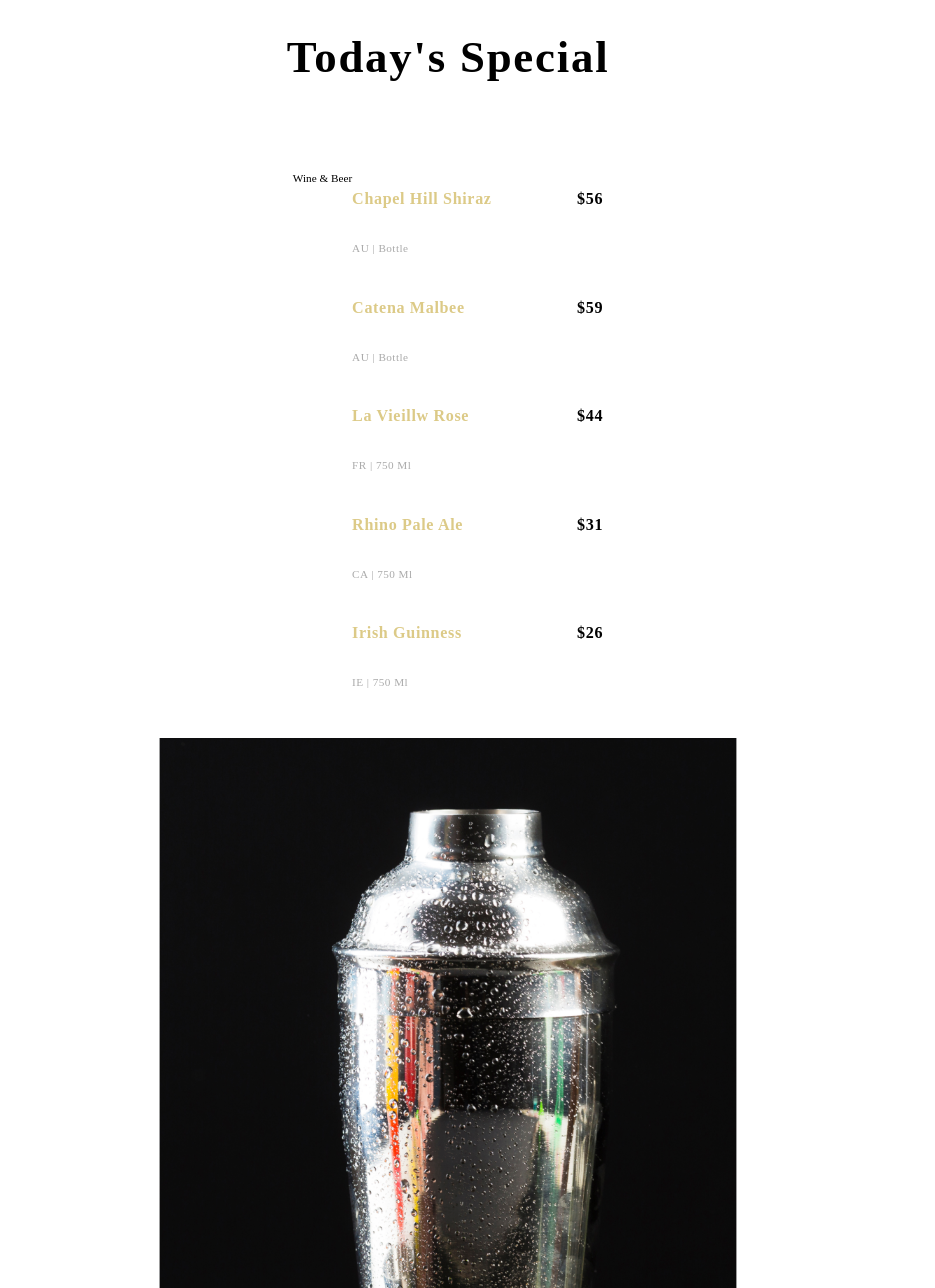
Repository: remydev47/restaurant
Page: /
The author's editor kept a copy of each file at every save. The page is drawn from the files as they stood at one save, then again after the next save.
The browser window is 1280 px wide. The page is 1336 px wide, so the pictures cover 1336 px, including what lies to the right of the window. The pictures show the part of the page from y = 2548 to 4388 px (the page is 6020 px tall), at 70% of full size.
Backgrounds fixed to the window are drawn as part of the page. The project was rebuilt for these pictures with package versions that can differ from the ones it lists, and the page was loaded fresh each time. Also part of the build but not shown: src/container/Chef/Chef.css, src/components/Footer/Newsletter.jsx, src/components/Footer/FooterOverlay.jsx. Imported but missing from the stored project, and not drawn on this page: src/assets/meal.mp4.

Above is the page before, as saved 2022-03-16 17:08:56.

### public/index.html
<!DOCTYPE html>
<html lang="en">
  <head>
    <meta charset="utf-8" />
    <link rel="icon" href="%PUBLIC_URL%/favicon.ico" />
    <meta name="viewport" content="width=device-width, initial-scale=1" />
    <meta name="theme-color" content="#000000" />
    <meta name="description"content="Web site created using create-react-app"/>
    <link rel="apple-touch-icon" href="%PUBLIC_URL%/logo192.png" />
    <link rel="manifest" href="%PUBLIC_URL%/manifest.json" />
    <title>Gerich Resturant</title>
  </head>
  <body>
    <noscript>You need to enable JavaScript to run this app.</noscript>
    <div id="root"></div>
</html>

### src/App.js
import React from 'react';

import { AboutUs, Chef, FindUs, Footer, Gallery, Header, Intro, Laurels, SpecialMenu } from './container';
import { Navbar } from './components';
import './App.css';

const App = () => (
  <div>
    <Navbar />
    <Header />
    <AboutUs />
    <SpecialMenu />
    <Chef />
    <Intro />
    <Laurels />
    <Gallery />
    <FindUs />
    <Footer />
  </div>
);

export default App;

### src/container/AboutUs/AboutUs.jsx
import React from 'react';

import './AboutUs.css';
import { images } from '../../constants';

const AboutUs = () => (
  <div className="app__aboutus app__bg flex__center section__padding" id="aboutus">
    <div className='app__aboutus-overlay flex__center'>
      <img src={images.G} alt="g letter" />
    </div>
    <div className='app__aboutus-content flex__center'>
      <div className='app__aboutus-content_about'>
        <h1 className='headtext__cormorant'>About Us</h1>
        <img src={images.spoon} alt="about_spoon" className="spoon__img" />
        <p className="p__opensans">
          Eager to serve you, our experienced wait staff greet you at the door and lead you to the table of your choice in the well thought out seating arrangement. The rich aroma of freshly ground coffee is the handiwork of our skilled baristas, adept in latte art.
        </p>
        <button type="button" className="custom__button">Know More</button>
      </div>
      <div className="app__aboutus-content_knife flex__center">
        <img src={images.knife} alt="about_knife" />
      </div>
      <div className='app__aboutus-content_history'>
        <h1 className='headtext__cormorant'>Our History</h1>
        <img src={images.spoon} alt="about_spoon" className="spoon__img" />
        <p className="p__opensans">
        Welcome to Giretch, a fully fledged restaurant specializing in delivering a relaxed and memorable dining experience. We’re currently in 12 locations; 4 in Nairobi, 8 in Kampala and 1 in Entebbe
        </p>
        <button type="button" className="custom__button">Know More</button>
      </div>
    </div>
  </div>
);

export default AboutUs;

### src/container/Header/Header.jsx
import React from 'react';
import { SubHeading } from '../../components';

import { images } from "../../constants"
import './Header.css';

const Header = () => (
  <div className="app__header app__wrapper section__padding" id="home">
    <div className="app__wrapper_info">
      <SubHeading title="Chase The New Flavour" />
      <h1 className="app__header-h1">The Key To Fine Dining</h1>
      <p className="p__opensans" style={{margin: '2rem 0'}}>
          Geritch is a perfect haven for both business and leisure travellers. It all begins with our friendly staff, who will do everything they can to make your meal fulfiling and enjoyable. The team at Geritch kitchen looks forward to welcoming you in one of our luxury restaurant where you will experience comfort and convenience in this beautiful city of Nairobi.
      </p>
      <button type="button" className="custom__button">Explore Menu</button>
    </div>
    <div className="app__wrapper_img">
      <img src={images.welcome} alt="header img" />
    </div>
  </div>
);

export default Header;

### src/container/Menu/SpecialMenu.jsx
import React from 'react';

import { SubHeading, MenuItem } from '../../components';
import { images, data } from '../../constants';
import './SpecialMenu.css';

const SpecialMenu = () => (
  <div className="app__specialMenu flex__center section__padding">
    <div className='app__specialMenu-title'>
      <SubHeading title="Menu Thats Fits Your Pallate" />
      <h1 className="headtext__cormorant">Today's Special</h1>
    </div>

    <div className='app__specialMenu-menu'>
      <div className='app__specialMenu-menu_wine flex__center'>
        <p className='app__specialMenu-menu_heading'>Wine & Beer</p>
      </div>
      <div className='app__specialMenu_menu_items'>
        {data.wines.map((wine, index) => (
         <MenuItem key={wine.title + index} title={wine.title} price={wine.price} tags={wine.tags} />
        ))}
      </div>
    </div>

    <div className="app__specialMenu-menu_img">
      <img src={images.menu} alt="menu img"  />
    </div>

    <div className='app__specialMenu-menu'>
      <div className='app__specialMenu-menu_cocktails flex__center'>
        <p className='app__specialMenu-menu_heading'>Cocktails</p>
      </div>
      <div className='app__specialMenu_menu_items'>
        {data.cocktails.map((cocktail, index) => (
          <MenuItem key={cocktail.title + index} title={cocktail.title} price={cocktail.price} tags={cocktail.tags} />
        ))}
      </div>
    </div>
    <div style={{marginTop: '15px'}}>
      <button  type="button" className="custom__button">View More</button>
    </div>
  </div>
);

export default SpecialMenu;

### src/components/SubHeading/SubHeading.jsx
import React from 'react';
import { images } from '../../constants';


const SubHeading = ({ title }) => (
  <div style={{ marginBottom: "1rem"}}>
    <p className='p__cormorant'>{title}</p>
    <img src={images.spoon} alt="spoon" className="spoon__img" />
  </div>
);

export default SubHeading;

### src/components/Menuitem/MenuItem.jsx
import React from 'react';

import './MenuItem.css';

const MenuItem = ({ title, price, tags }) => (
  <div className="app__menuitem">
    <div className="app__menuitem-head">
      <div className="app__menuitem-name">
        <p className="p__cormorant" style={{ color: '#DCCA87'}}>{title}</p>
      </div>

      <div className="app__menuitem-dash" />

      <div className="app__menuitem-price">
        <p className="p__cormorant">{price}</p>
      </div>
    </div>
    <div className="app__menuitem-sub">
      <p className="p__opensans" style={{ color: '#AAA'}}>{tags}</p>
    </div>
  </div>
);

export default MenuItem;

### src/components/Navbar/Navbar.jsx
import React, {useState} from 'react';
import { GiHamburgerMenu } from 'react-icons/gi';
import { MdOutlineRestaurantMenu } from 'react-icons/md';

import images from '../../constants/images';
import './Navbar.css';

const Navbar = () => {
  const [toggleMenu, setToggleMenu] = useState(false)
  return(
  <nav className="app__navbar">
    <div className="app__navbar-logo">
     <img src={images.gericht} alt="app logo"/>
    </div>
    <ul className="app__navbar-links">
      <li className="p__opensans"><a href="#home">Home</a></li>
      <li className="p__opensans"><a href="#about">About</a></li>
      <li className="p__opensans"><a href="#menu">Menu</a></li>
      <li className="p__opensans"><a href="#awards">Awards</a></li>
      <li className="p__opensans"><a href="#contact">Contact</a></li>
    </ul>
    <div className="app__navbar-login">
      <a href="#login" className="p__opensans">Log in/ Register</a>
    <div/>
      <a href="/" className="p__opensans">Book Table</a>
    </div>
    <div className="app__navbar-smallscreen">
      <GiHamburgerMenu color="#fff" fontsize={27} onClick={() => setToggleMenu(true)} />

      {toggleMenu && (


      <div className="app__navbar-smallscreen_overlay flex__center slide-bottom">
        <MdOutlineRestaurantMenu fontSize={27} className="overlay__close" onClick={() => setToggleMenu(false)} />
        <ul className="app__navbar-smallscreen_links">
          <li className="p__opensans"><a href="#home">Home</a></li>
          <li className="p__opensans"><a href="#about">About</a></li>
          <li className="p__opensans"><a href="#menu">Menu</a></li>
          <li className="p__opensans"><a href="#awards">Awards</a></li>
          <li className="p__opensans"><a href="#contact">Contact</a></li>
       </ul>
      </div>
       )}
    </div>
  </nav>
  );
};

export default Navbar;

### src/container/AboutUs/AboutUs.css
.app__aboutus {
    position: relative;
}

.app__aboutus-overlay {
    position: absolute;
    inset: 0;
}

.app__aboutus-overlay img {
    width: 391px;
    height: 415px;
    z-index: 0;
}

.app__aboutus-content {
    width: 100%;
    z-index: 2;
}

.app__aboutus-content_about {
    flex: 1;
    display: flex;
    justify-content: flex-end;
    align-items: flex-end;
    flex-direction: column;

    text-align: right;
}

.app__aboutus-content_knife {
    margin: 2rem 4rem;
}

.app__aboutus-content_knife img{
    height: 910px;
}

.app__aboutus-content_history {
    flex: 1;
    display: flex;
    justify-content: flex-start;
    align-items: flex-start;
    flex-direction: column;

    text-align: left;
}

.app__aboutus-content_history p,
.app__aboutus-content_about p {
    margin: 2rem 0;
    color: var(--color-grey);
}

@media screen and (max-width: 2000px) {
    .app__aboutus-content_knife img{
        height: 1110px;
    }
}

.app__aboutus-content_history p,
.app__aboutus-content_about p {
    margin: 4rem 0;
    color: var(--color-grey);
}

@media screen and (max-width: 900px) {
    .app__aboutus-content {
        flex-direction: column;
    }

    .app__aboutus-content_knife {
        margin: 4rem 0;
    }
}

@media screen and (max-width: 650px) {
    .app__aboutus-overlay img {
        width: 80%;
        height: 320px;
    }
}

### src/container/Header/Header.css
.app__header {
    background-color: var(--color-black);
}

.app__header-h1 {
    font-family: var(--font-base);
    color: var(--color-golden);
    letter-spacing: 0.04rem;
    text-transform: uppercase;
    line-height: 117px;
    font-size: 90px;
}

.app__header-img {
    width: 100%;
}

### src/container/Menu/SpecialMenu.css
.app__specialMenu {
    flex-direction: column;
    background-color: var(--color-black);
}

.app__specialMenu-title {
    margin-bottom: 2rem;
    text-align: center;
}

.app__specialMenu-menu {
    width: 100%;

    margin: 2rem 0;
    display: flex;
    justify-content: center;
    align-items: flex-start;
    flex-direction: row;
}

### src/components/Menuitem/MenuItem.css
.app__menuitem {
    width: 100%;
    margin: 1rem 0;

    display: flex;
    flex-direction: column;
}

.app__menuitem-head {
    display: flex;
    justify-content: space-between;
    align-items: center;
}

.app__menuitem-sub {
    width: 100%;
    margin-top: 0.2rem;
}

.app__menuitem-name{
    flex: 1;
}

.app__menuitem-dash {
    width: 90px;
    height: 1px;

    background: var(--color-golden);
    margin: 0 1rem;
}

.app__menuitem-price {
    display: flex;
    justify-content: flex-end;
    align-items: flex-end;
}

### src/constants/images.js
import bg from '../assets/bg.png';
import chef from '../assets/chef.png';
import G from '../assets/G.png';
import gallery01 from '../assets/gallery01.png';
import gallery02 from '../assets/gallery02.png';
import gallery03 from '../assets/gallery03.png';
import gallery04 from '../assets/gallery04.png';
import knife from '../assets/knife.png';
import logo from '../assets/logo.png';
import menu from '../assets/menu.png';
import overlaybg from '../assets/overlaybg.png';
import spoon from '../assets/spoon.svg';
import welcome from '../assets/welcome.png';
import findus from '../assets/findus.png';
import laurels from '../assets/laurels.png';
import award01 from '../assets/award01.png';
import award02 from '../assets/award02.png';
import award03 from '../assets/award03.png';
import award05 from '../assets/award05.png';
import sign from '../assets/sign.png';
import quote from '../assets/quote.png';
import gericht from '../assets/gericht.png';

export default {
  bg,
  chef,
  G,
  gallery01,
  gallery02,
  gallery03,
  gallery04,
  knife,
  logo,
  menu,
  overlaybg,
  spoon,
  welcome,
  findus,
  laurels,
  award01,
  award02,
  award03,
  award05,
  sign,
  quote,
  gericht,
};

### src/components/Navbar/Navbar.css
.app__navbar {
   width: 100%;
   display: flex;
   justify-content: space-between;
   align-items: center;
   background: var(--color-black);
   padding: 1rem 2rem;
}

.app__navbar-logo{
    display: flex;
    justify-content: flex-start;
    align-items: center;
}

.app__navbar-logo img{
    width: 150px;
}

.app__navbar-links {
    flex: 1;
    display: flex;
    justify-content: center;
    align-items: center;

    list-style: none;
}

.app__navbar-links li{
    margin: 0 1rem;
    cursor: pointer;
}

.app__navbar-links li:hover {
   color: var(--color-grey);
}

.app__navbar-login {
    display: flex;
    justify-content: flex-end;
    align-items: center;
}
.app__navbar-login a {
    margin: o 1rem;
    text-decoration: none;
    transition: 0.5s  ease;
}

.app__navbar-login a:hover{
    border-bottom: 1px solid var(--color-golden);
}

.app__navbar-login div{
    width: 1px;
    height: 30px;
    background-color: var(--color-grey);
}

.app__navbar-smallscreen{
    display: none;
}

.app__navbar-smallscreen_overlay {
    position: fixed;
    top: 0;
    left: 0;
    width: 100%;
    height: 100vh;
    background-color: var(--color-black);
    transition: 0.5s ease;

    flex-direction: column;
    z-index: 5;
}

.app__navbar-smallscreen_overlay .overlay__close{
    font-size: 27px;
    color: var(--color-golden);
    cursor: pointer;

    position: absolute;
    top: 20px;
    right: 20px;
}

.app__navbar-smallscreen_links{
    list-style: none;
}

.app__navbar-smallscreen_links li {
   margin: 2rem;
   cursor: pointer;
   color: var(--color-golden);
   font-size: 2rem;
   text-align: center;
   font-family: var(--font-base);
}

.app__navbar-smallscreen_links li:hover {
    color: var(--color-white);
}

@media screen and (max-width: 2000px) {
    .app__navbar-logo img{
        width: 210px;
    }
}

@media screen and (max-width: 1150px) {
    .app__navbar-links {
        display: none;
    }

    .app__navbar-smallscreen {
        display: flex;
    }
}

@media screen and (max-width: 650px) {
    .app__navbar {
        padding: 1rem;
    }
    .app__navbar-login {
        display: none;
    }

    .app__navbar-logo img{
        width: 110px;
    }
}

### src/constants/data.js
import images from './images';

const wines = [
  {
    title: 'Chapel Hill Shiraz',
    price: '$56',
    tags: 'AU | Bottle',
  },
  {
    title: 'Catena Malbee',
    price: '$59',
    tags: 'AU | Bottle',
  },
  {
    title: 'La Vieillw Rose',
    price: '$44',
    tags: 'FR | 750 ml',
  },
  {
    title: 'Rhino Pale Ale',
    price: '$31',
    tags: 'CA | 750 ml',
  },
  {
    title: 'Irish Guinness',
    price: '$26',
    tags: 'IE | 750 ml',
  },
];

const cocktails = [
  {
    title: 'Aperol Sprtiz',
    price: '$20',
    tags: 'Aperol | Villa Marchesi prosecco | soda | 30 ml',
  },
  {
    title: "Dark 'N' Stormy",
    price: '$16',
    tags: 'Dark rum | Ginger beer | Slice of lime',
  },
  {
    title: 'Daiquiri',
    price: '$10',
    tags: 'Rum | Citrus juice | Sugar',
  },
  {
    title: 'Old Fashioned',
    price: '$31',
    tags: 'Bourbon | Brown sugar | Angostura Bitters',
  },
  {
    title: 'Negroni',
    price: '$26',
    tags: 'Gin | Sweet Vermouth | Campari | Orange garnish',
  },
];

const awards = [
  {
    imgUrl: images.award02,
    title: 'Bib Gourmond',
    subtitle: 'Lorem ipsum dolor sit amet, consectetur.',
  },
  {
    imgUrl: images.award01,
    title: 'Rising Star',
    subtitle: 'Lorem ipsum dolor sit amet, consectetur.',
  },
  {
    imgUrl: images.award05,
    title: 'AA Hospitality',
    subtitle: 'Lorem ipsum dolor sit amet, consectetur.',
  },
  {
    imgUrl: images.award03,
    title: 'Outstanding Chef',
    subtitle: 'Lorem ipsum dolor sit amet, consectetur.',
  },
];

export default { wines, cocktails, awards };

Loaded but not shown: src/index.js (common file); src/container/index.js (common file); src/components/index.js (common file); src/App.css (common file); src/container/Chef/Chef.jsx (common file); src/container/Findus/FindUs.jsx (common file); src/container/Footer/Footer.jsx (common file); src/container/Gallery/Gallery.jsx (common file); src/container/Intro/Intro.jsx (common file); src/container/Laurels/Laurels.jsx (common file); src/constants/index.js (common file); src/components/Footer/FooterOverlay.css (no stored copy; drawn as an empty file); src/components/Footer/Newsletter.css (no stored copy; drawn as an empty file); src/container/Footer/Footer.css (no stored copy; drawn as an empty file); src/container/Gallery/Gallery.css (no stored copy; drawn as an empty file); src/container/Intro/Intro.css (no stored copy; drawn as an empty file); src/container/Laurels/Laurels.css (no stored copy; drawn as an empty file)

After the next save:
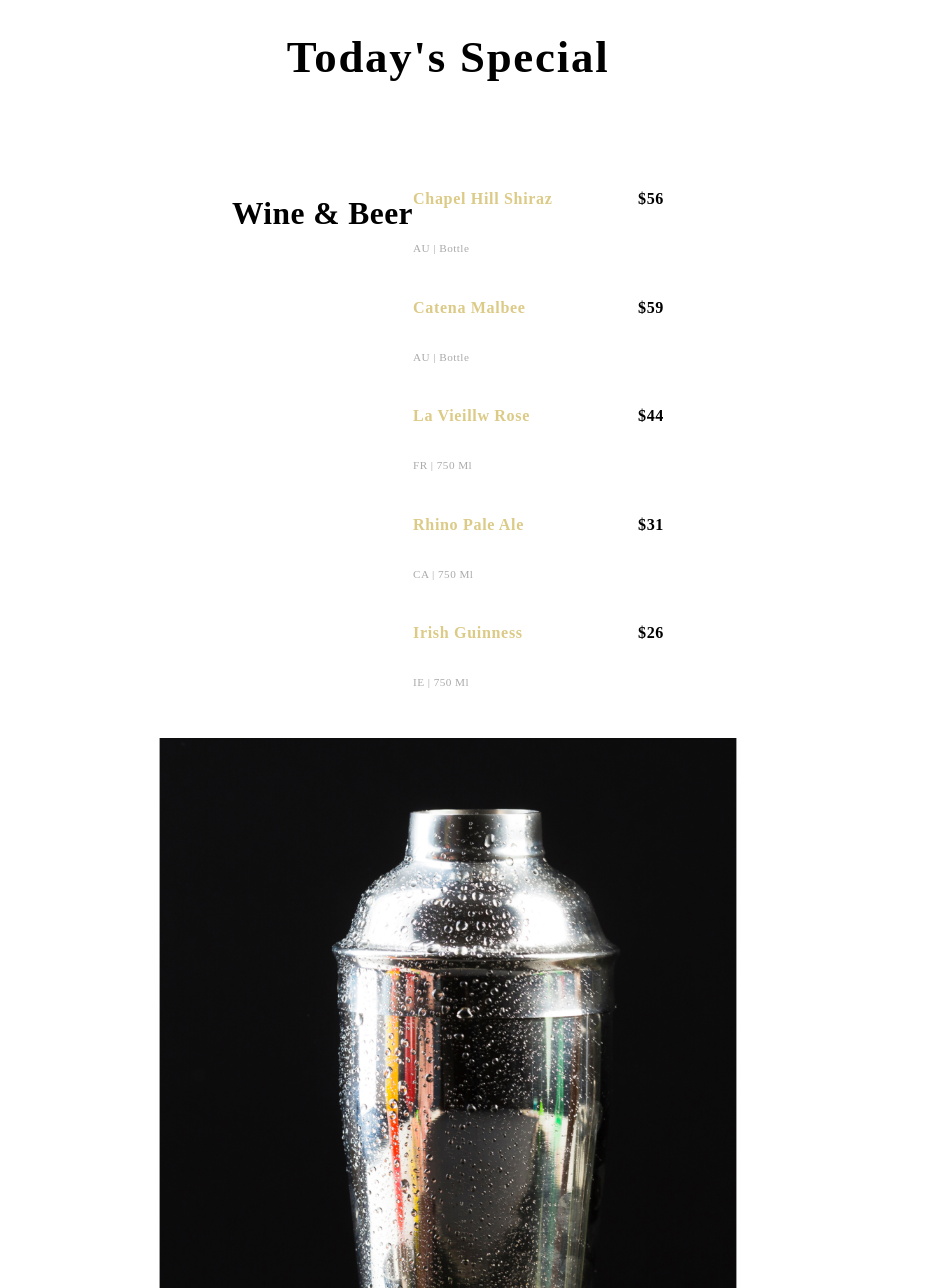
Saved 2 s later.
--- a/src/container/Menu/SpecialMenu.css
+++ b/src/container/Menu/SpecialMenu.css
@@ -17,3 +17,12 @@
     align-items: flex-start;
     flex-direction: row;
 }
+
+.app__specialMenu-menu_heading {
+    font-family: var(--font-base);
+    font-weight: 600;
+    font-size: 45px;
+    line-height: 58.5px;
+    letter-spacing: 0.04rem;
+    color: var(--color-white);
+}
